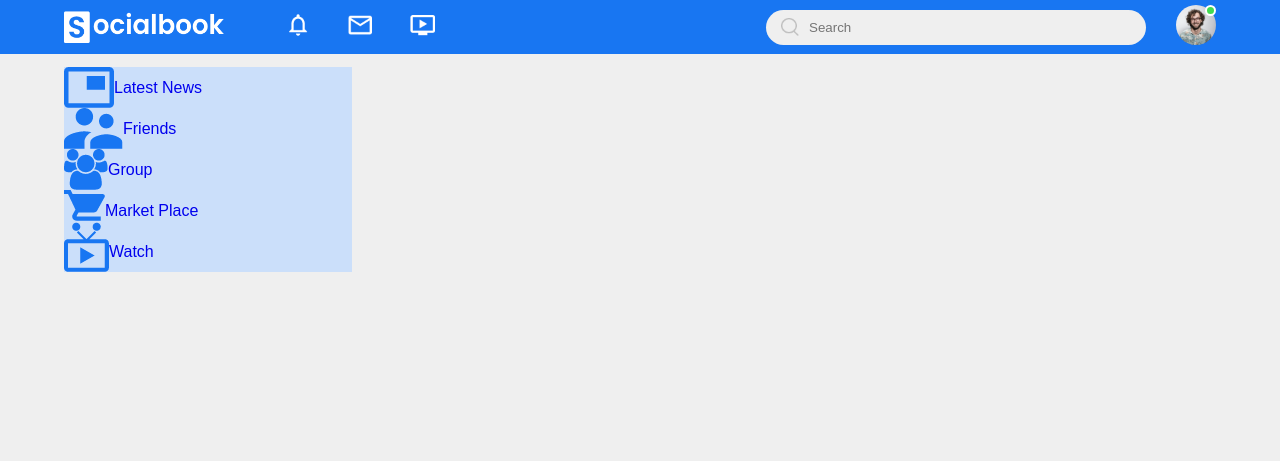
Repository: eeoooo/MINI-PROJECTS-HTML-CSS
Page: 220524-SocialMediaWebsite/index.html
An editor plug-in stored every save of this project. The page is shown before and after the next save, followed by the edit.
The browser window is 1280 px wide. The pictures show the whole page.

Above is the page before, as saved 2022-05-24 23:32:26.

### 220524-SocialMediaWebsite/index.html
<!DOCTYPE html>
<html lang="en">
<head>
    <meta charset="UTF-8">
    <meta http-equiv="X-UA-Compatible" content="IE=edge">
    <meta name="viewport" content="width=device-width, initial-scale=1.0">
    <link rel="stylesheet" href="style.css">
    <link rel="icon" type="image/ico" href="/images/title-icon.png">
    <title>Social Media Web</title>
</head>
<body>

    <nav>
        <div class="nav-left">
            <img src="/images/logo.png" alt="" class="logo">
            <ul>
                <li><img src="/images/notification.png" alt=""></li>
                <li><img src="/images/inbox.png" alt=""></li>
                <li><img src="/images/video.png" alt=""></li>
            </ul>
        </div>
        <div class="nav-right">
            <div class="search-box">
                <img src="/images/search.png" >
                <input type="text" placeholder="Search">
            </div>
            <div class="nav-user-icon online">
                <img src="/images/profile-pic.png">
            </div>
        </div>
    </nav>

    <div class="container">
        <!------------------left-sidebar-------------->
        <div class="left-sidebar">
            <div class="imp-links">
                <a href="#"><img src="/images/news.png"> Latest News</a>
                <a href="#"><img src="/images/friends.png"> Friends</a>
                <a href="#"><img src="/images/group.png"> Group</a>
                <a href="#"><img src="/images/marketplace.png"> Market Place</a>
                <a href="#"><img src="/images/watch.png"> Watch</a>
            </div>
        </div>
        <!------------------main-content-------------->
        <div class="main-content"></div>
        <!------------------right-sidebar-------------->
        <div class="right-sidebar"></div>
    </div>

</body>
</html>

### 220524-SocialMediaWebsite/style.css
* {
  margin: 0;
  padding: 0;
  font-family: "poppins", sans-serif;
}
body {
  background: #efefef; /* light-gray */
}
nav {
  display: flex;
  align-items: center;
  justify-content: space-between;
  background: #1876f2; /* blue */
  padding: 5px 5%;
  position: sticky;
  top: 0;
  z-index: 100;
}
.logo {
  width: 160px;
  margin-right: 45px;
}
.nav-left,
.nav-right {
  display: flex;
  align-items: center;
}
.nav-left ul li {
  list-style: none;
  display: inline-block;
}
.nav-left ul li img {
  width: 28px;
  margin: 0 15px;
}
.nav-user-icon img {
  width: 40px;
  border-radius: 50%;
  cursor: pointer;
}
.nav-user-icon {
  margin-left: 30px;
}
.search-box {
  background: #efefef;
  width: 350px;
  border-radius: 20px;
  display: flex;
  align-items: center;
  padding: 0 15px;
}
.search-box img {
  width: 18px;
}
.search-box input {
  width: 100%;
  background: transparent;
  padding: 10px;
  outline: none;
  border: 0;
}
.online {
  position: relative;
}
.online:after {
  content: "";
  width: 7px;
  height: 7px;
  border: 2px solid #fff;
  border-radius: 50%;
  background: #41db51; /*green*/
  position: absolute;
  top: 0;
  right: 0;
}
.container {
  display: flex;
  justify-content: space-between;
  padding: 13px 5%;
}
.left-sidebar {
  background: #cbdffa;
  flex-basis: 25%;
  position: sticky;
  top: 70px;
  align-self: flex-start;
}
.right-sidebar {
  background: #cbdffa;
  flex-basis: 25%;
  position: sticky;
  top: 70px;
  align-self: flex-start;
}
.main-content {
  flex-basis: 47%;
}
.imp-links a {
  text-decoration: none;
  display: flex;
  align-items: center;
}

After the next save:
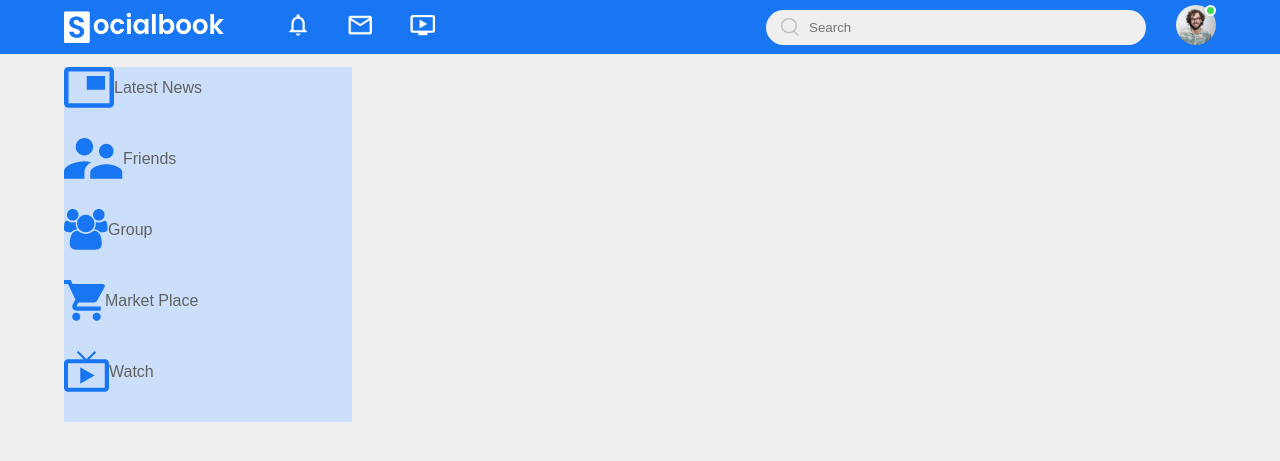
Saved 23 s later.
--- a/220524-SocialMediaWebsite/style.css
+++ b/220524-SocialMediaWebsite/style.css
@@ -99,4 +99,7 @@
   text-decoration: none;
   display: flex;
   align-items: center;
+  margin-bottom: 30px;
+  color: #626262;
+  width: fit-content;
 }
